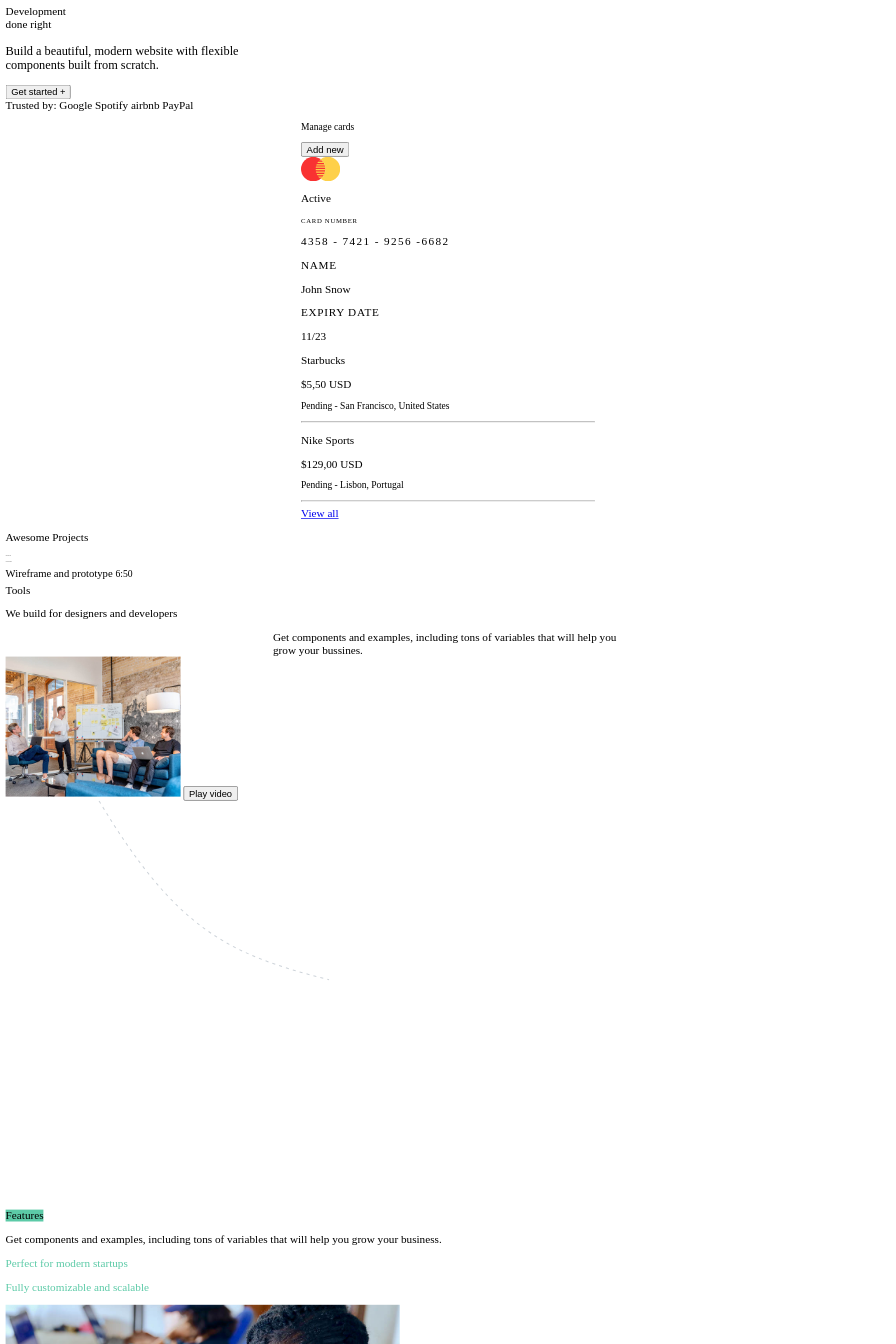
Repository: brandonc16/odoo-task
Page: components/hero.html
The author's editor kept a copy of each file at every save. The page is drawn from the files as they stood at one save, then again after the next save.
The browser window is 1280 px wide. The pictures show the part of the page from y = 0 to 1920 px (the page is 3791 px tall before and 3833 px after), at 70% of full size.

Above is the page before, as saved 2026-03-16 02:59:05.

After the next save:
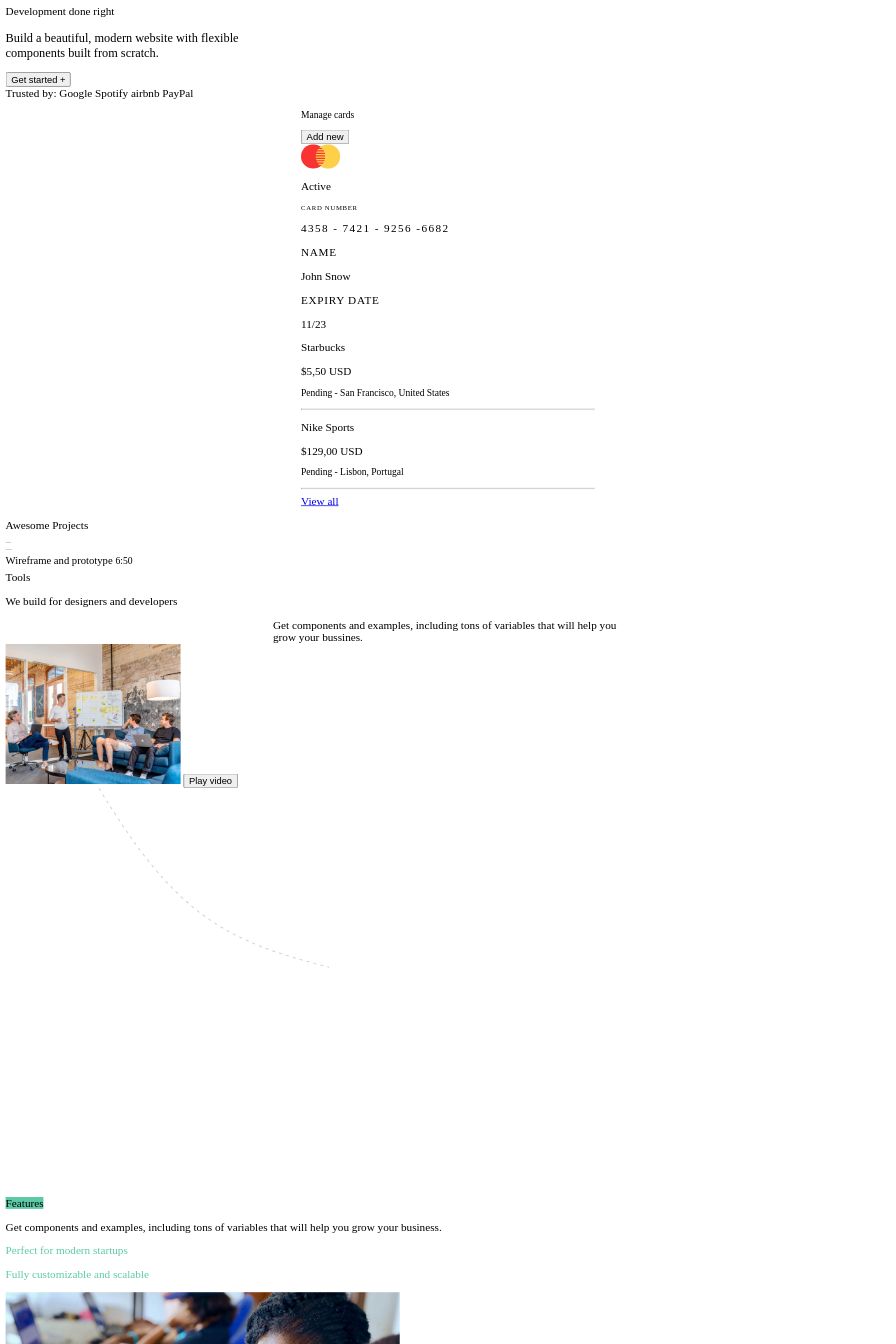
Saved 2 min 51 s later.
--- a/components/hero.html
+++ b/components/hero.html
@@ -3,7 +3,7 @@
   <div class="pt-5">
     <div class="row align-items-center px-lg-10">
       <div class="col-12 col-lg-6 mb-5 mb-lg-0">
-        <p class="display-4 fw-bold mb-4">Development<br />done right</p>
+        <p class="display-4 fw-bold mb-4">Development done right</p>
         <p
           class="mb-4 text-white-50"
           style="font-size: 1.1rem; max-width: 400px"
@@ -446,6 +446,17 @@
             </div>
           </div>
         </div>
+        <div class="col-12 col-lg-5 offset-lg-1 mt-5 mt-lg-0 text-center text-lg-start">
+          <span
+          class="badge bg-primary text-white px-3 py-2 rounded-pill mb-4 fs-6"
+          style="background-color: #5ccaa7"
+        >
+          Technology
+        </span>
+        <p class="display-7 mb-4">
+          we use latest technologies on the market
+        </p>
+        </div>
       </div>
     </div>
   </div>
